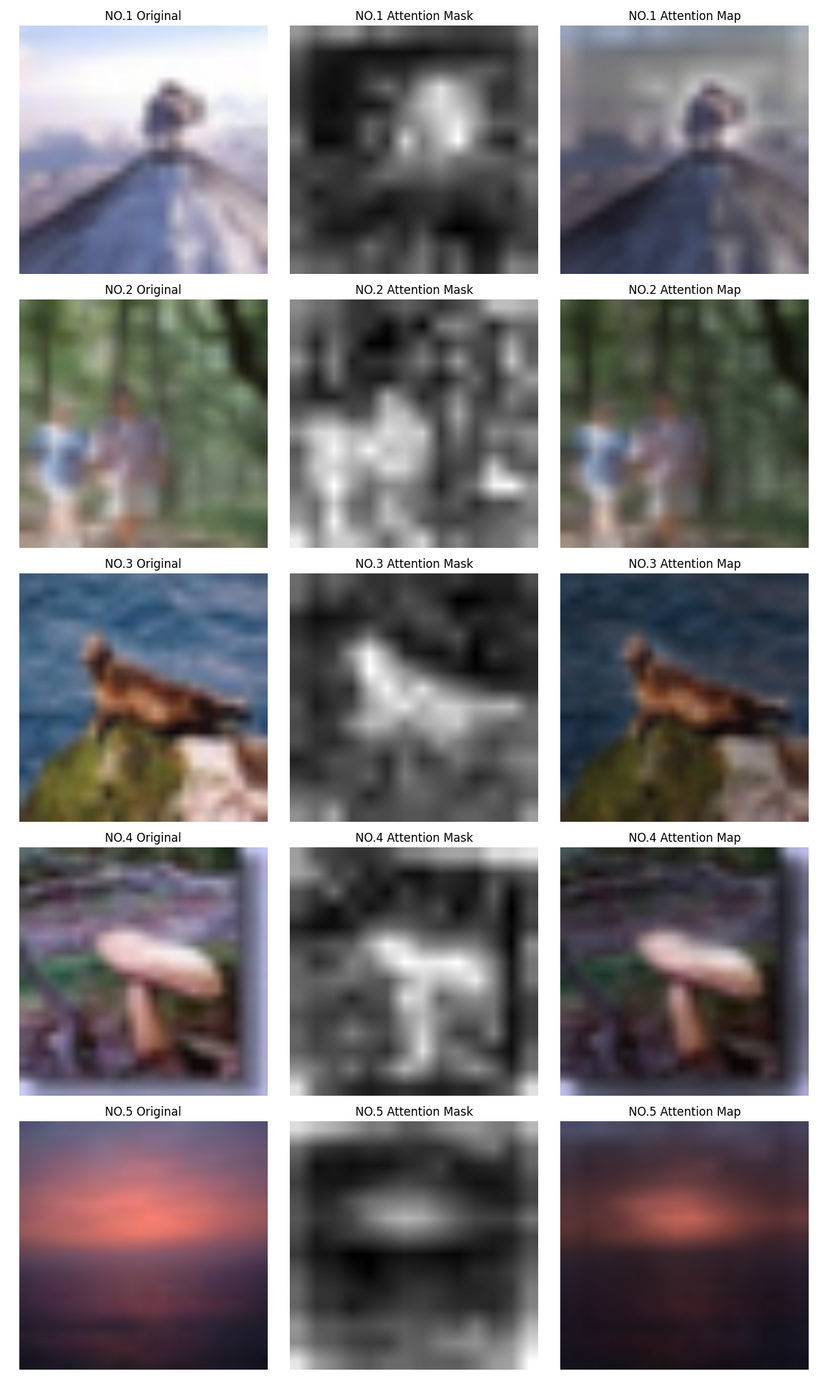
Repository: ginnux/vit
Script's output: python figure/visual.py
An editor plug-in stored every save of this project. The script's output is shown before and after the next save, followed by the edit.
The pictures are shown at 69% of full size.
Random numbers start from a fixed seed. It also reads figure/visualize.pkl.

Above is the script's output before, as saved 2024-06-24 22:39:02.

After the next save:
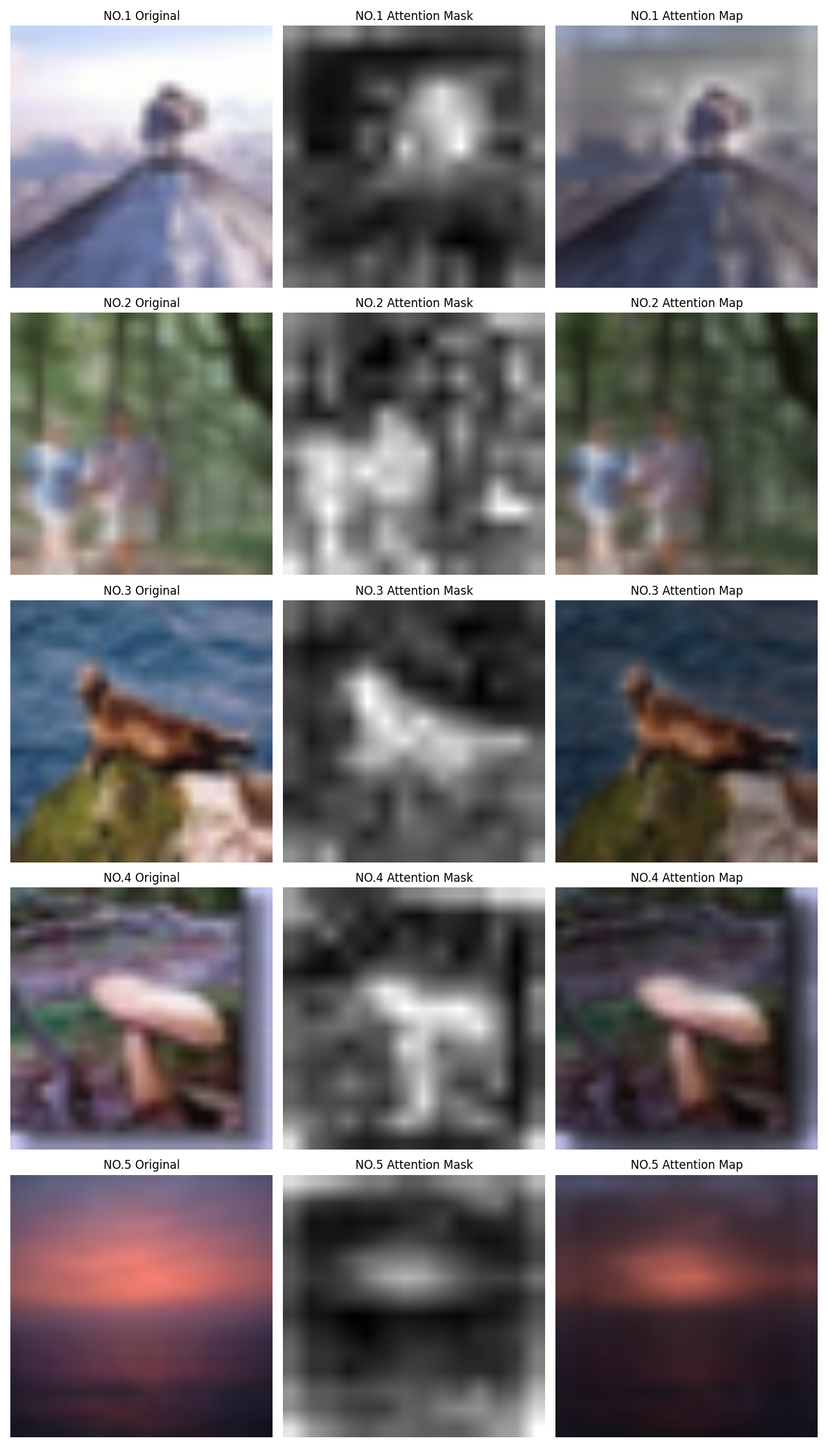
Saved 11 s later.
--- a/figure/visual.py
+++ b/figure/visual.py
@@ -13,7 +13,7 @@ plt.rcParams["font.size"] = 10
 plt.rcParams["font.family"] = "Times New Roman"
 num = len(im_list)
 
-plt.figure(figsize=(12, 4 * num))
+plt.figure(figsize=(12, 4.2 * num))
 
 for i in range(num):
     im = im_list[i]
